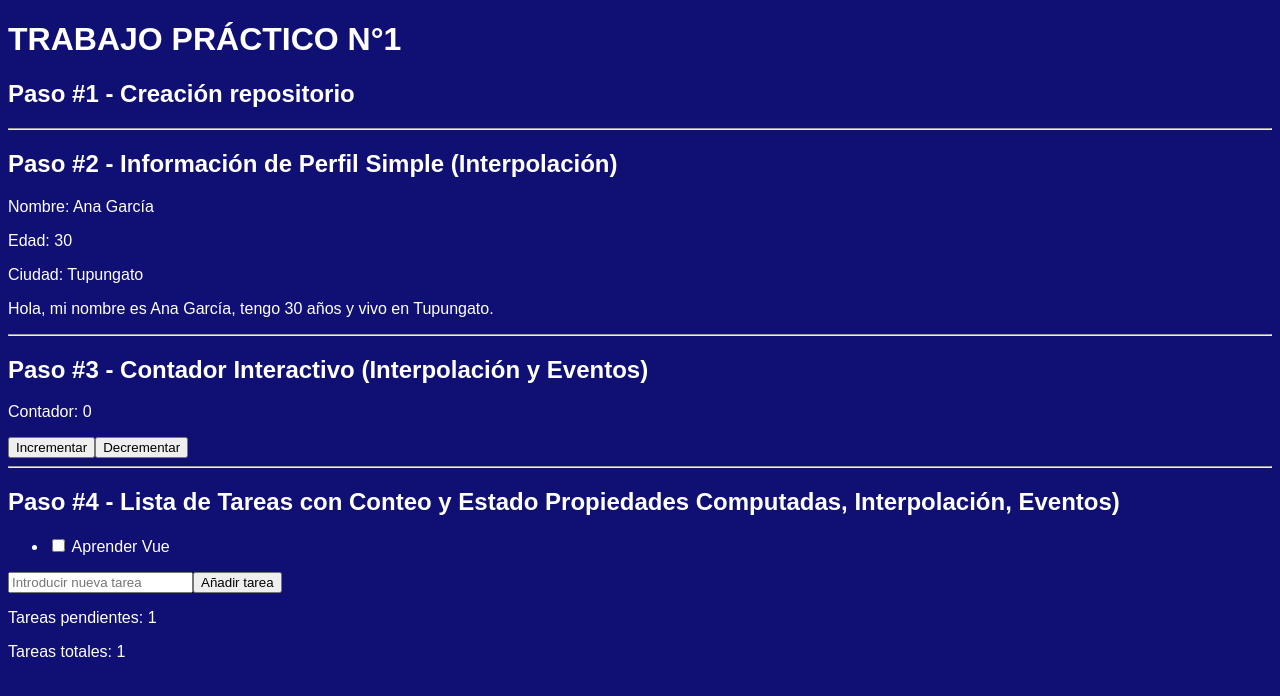
Repository: SofiaSferco/PWA
Page: practico01/index.html
The author's editor kept a copy of each file at every save. The page is drawn from the files as they stood at one save, then again after a run of saves.
The browser window is 1280 px wide. The pictures show the whole page.

Above is the page before, as saved 2025-10-03 13:54:55.

### practico01/index.html
<!DOCTYPE html>
<html lang="en">
<head>
    <meta charset="UTF-8">
    <title>Trabajo Práctico 1</title>
    <script src="https://unpkg.com/vue@3/dist/vue.global.js"></script>
</head>
<body>
    <div id="app">
        <h1>TRABAJO PRÁCTICO N°1</h1>
        <h2>Paso #1 - Creación repositorio</h2>
        <hr>
        <h2>{{ segundopaso }}</h2>
            <p>Nombre: {{ nombre }}</p>
            <p>Edad: {{ edad }}</p>
            <p>Ciudad: {{ ciudad }}</p>
            <p>Hola, mi nombre es {{ nombre }}, tengo {{ edad }} años y vivo en {{ ciudad }}.</p>
        <hr>
        <h2>{{ tercerpaso }}</h2>
            <p>Contador: {{ contador }}</p>
            <button v-on:click="contador++">Incrementar</button>
            <button @click="contador--">Decrementar</button>
        <hr>
        <h2>{{cuartopaso}}</h2>
        <ul>
            <li v-for="tarea in tareas" :key="tarea.id"><input type="checkbox" v-model="tarea.completada"> {{tarea.texto}}</li>
        </ul>
        <input v-model="nuevaTarea" placeholder="Introducir nueva tarea">
        <button @click="agregarTarea">Añadir tarea</button>
        <p>Tareas pendientes: {{tareasPendientes}}</p>
        <p>Tareas totales: {{tareasTotales}}</p>



    </div>
    <script>
        const { createApp } = Vue;
        createApp({
            data() {
                return {
                    segundopaso: 'Paso #2 - Información de Perfil Simple (Interpolación)',
                    nombre: 'Ana García',
                    edad: 30,
                    ciudad: 'Tupungato',
                    tercerpaso: 'Paso #3 - Contador Interactivo (Interpolación y Eventos)',
                    contador: 0,
                    cuartopaso: 'Paso #4 - Lista de Tareas con Conteo y Estado Propiedades Computadas, Interpolación, Eventos)',
                    nuevaTarea: '',
                    tareas: [{
                        id: 1,
                        texto: "Aprender Vue",
                        completada: false
                    }
                    ]
               }
            }, methods: {
                agregarTarea() {
                    if (this.nuevaTarea != "") { //asi como está admite espacios y permito agregar tareas vacias si uso this.nuevaTarea.trim() ahi limito eso
                        this.tareas.push({
                            id: this.tareas.length +1,
                            texto: this.nuevaTarea,
                            completada: false
                        })
                        }
                    this.nuevaTarea = '';
                    }
                }, computed: {
                    tareasPendientes() {
                        return this.tareas.filter (tarea => !tarea.completada).length;
                    },
                     tareasTotales() {
                        return this.tareas.length;
                    }
                }
            },
        ).mount('#app');
    </script>
</body>
<style>
    body {
        font-family: Arial, Helvetica, sans-serif;
        background-color: rgb(16, 16, 116);
        color: #ffff;
    }
    h1,h2 {
        color: #ffff;
    }
    hr {
        border:
    }
</style>
</html>

After the next 4 saves:
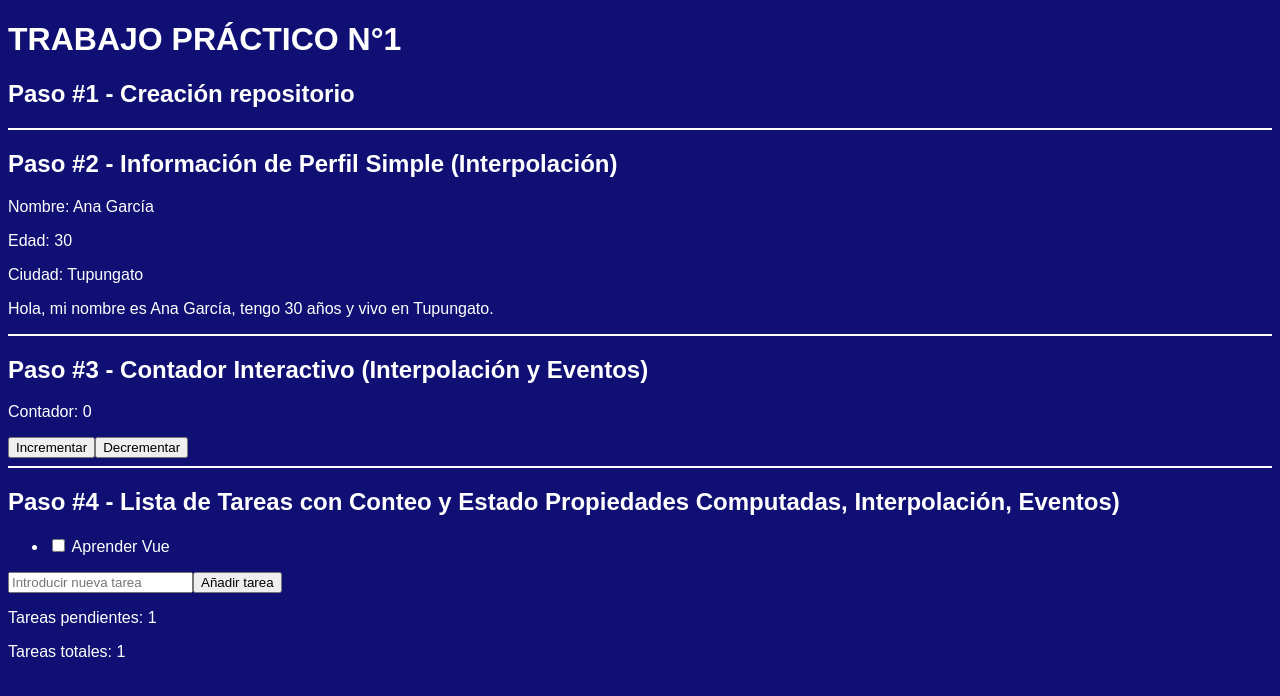
The 4 saves are shown as one change because they came seconds apart.
The last was saved 12 s later.
--- a/practico01/index.html
+++ b/practico01/index.html
@@ -86,7 +86,7 @@
         color: #ffff;
     }
     hr {
-        border:
+        border: 1px solid
     }
 </style>
 </html>
